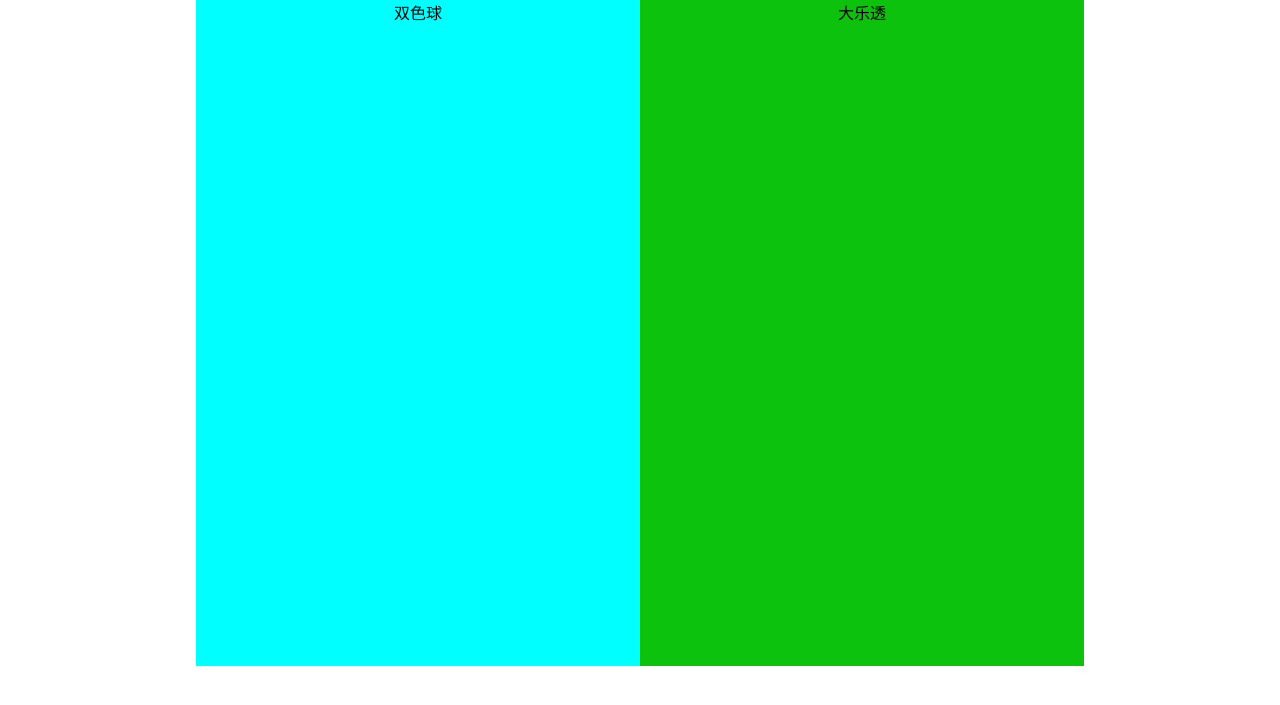
Repository: yz1181214391/caipiao-demo
Page: Cp.html
These files come from the project's save history. The page is drawn as it stood at one moment and after the next save; the edit follows.
The browser window is 1280 px wide. The pictures show the whole page.

Above is the page before, as saved 2020-12-14 10:23:09.

After the next save:
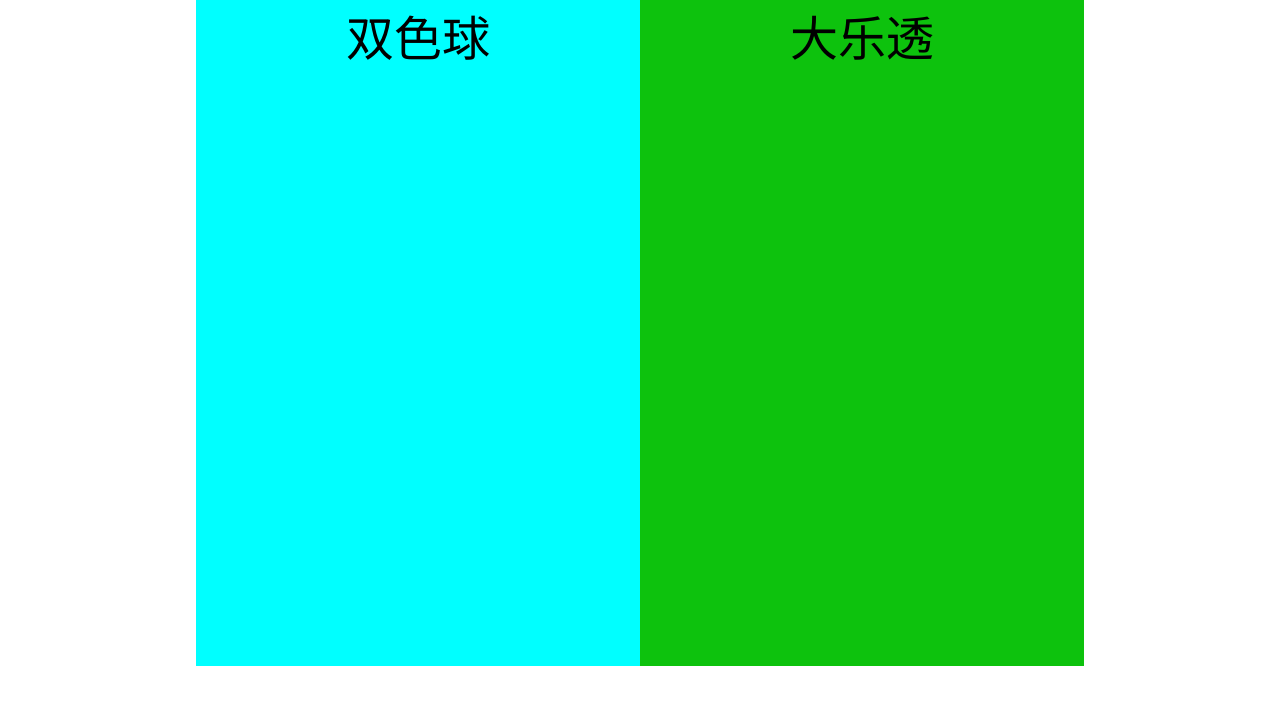
Saved 40 s later.
--- a/Cp.html
+++ b/Cp.html
@@ -31,6 +31,9 @@
         flex-direction: row;
         justify-content: center;
     }
+    .cp-font{
+        font-size: 48px;
+    }
     .ssq-box{
         width: 100%;
         background-color: aqua;
@@ -39,6 +42,7 @@
         width: 100%;
         background-color: rgb(13, 194, 13);
     }
+
 </style>
 <body>
     <div class="box cp-flex">

After the 4 saves that followed:
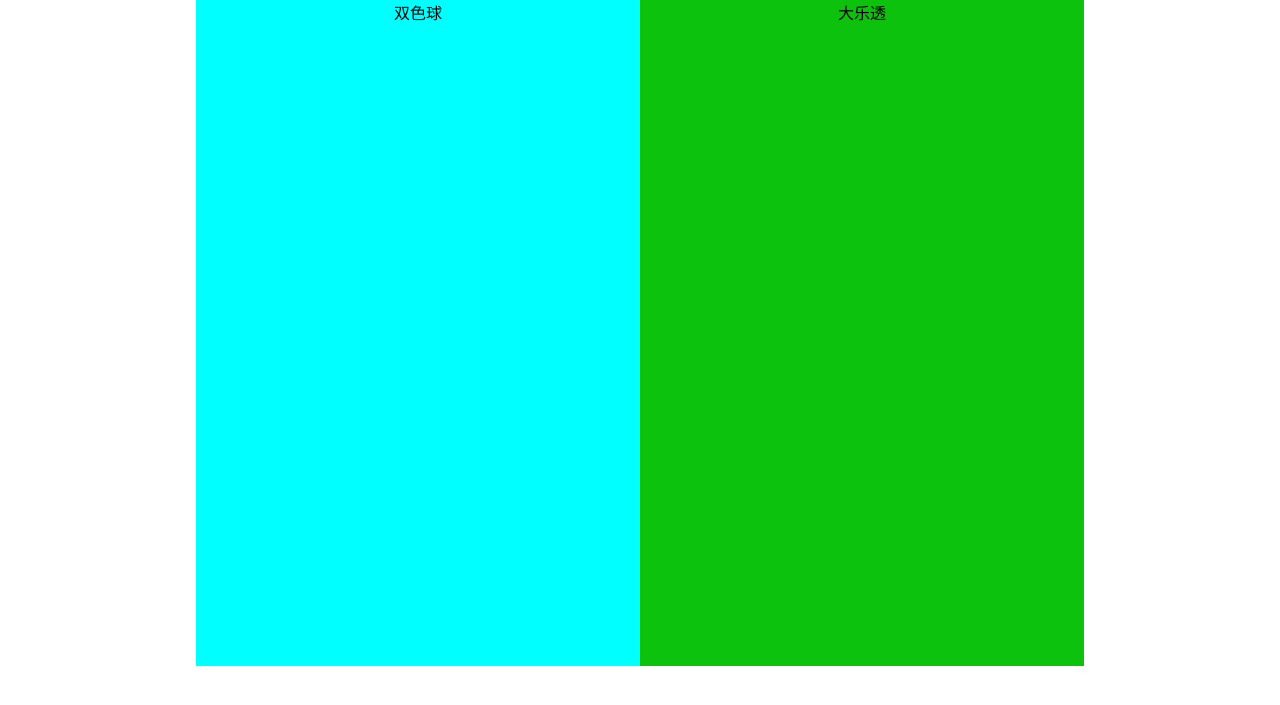
The 4 saves are shown as one change because 3 left the picture as it was.
The last was saved 4 min 55 s later.
--- a/Cp.html
+++ b/Cp.html
@@ -33,6 +33,7 @@
     }
     .cp-font{
         font-size: 48px;
+        font-family: Arial,Helvetica,sans-serif;font-size:100%;
     }
     .ssq-box{
         width: 100%;
